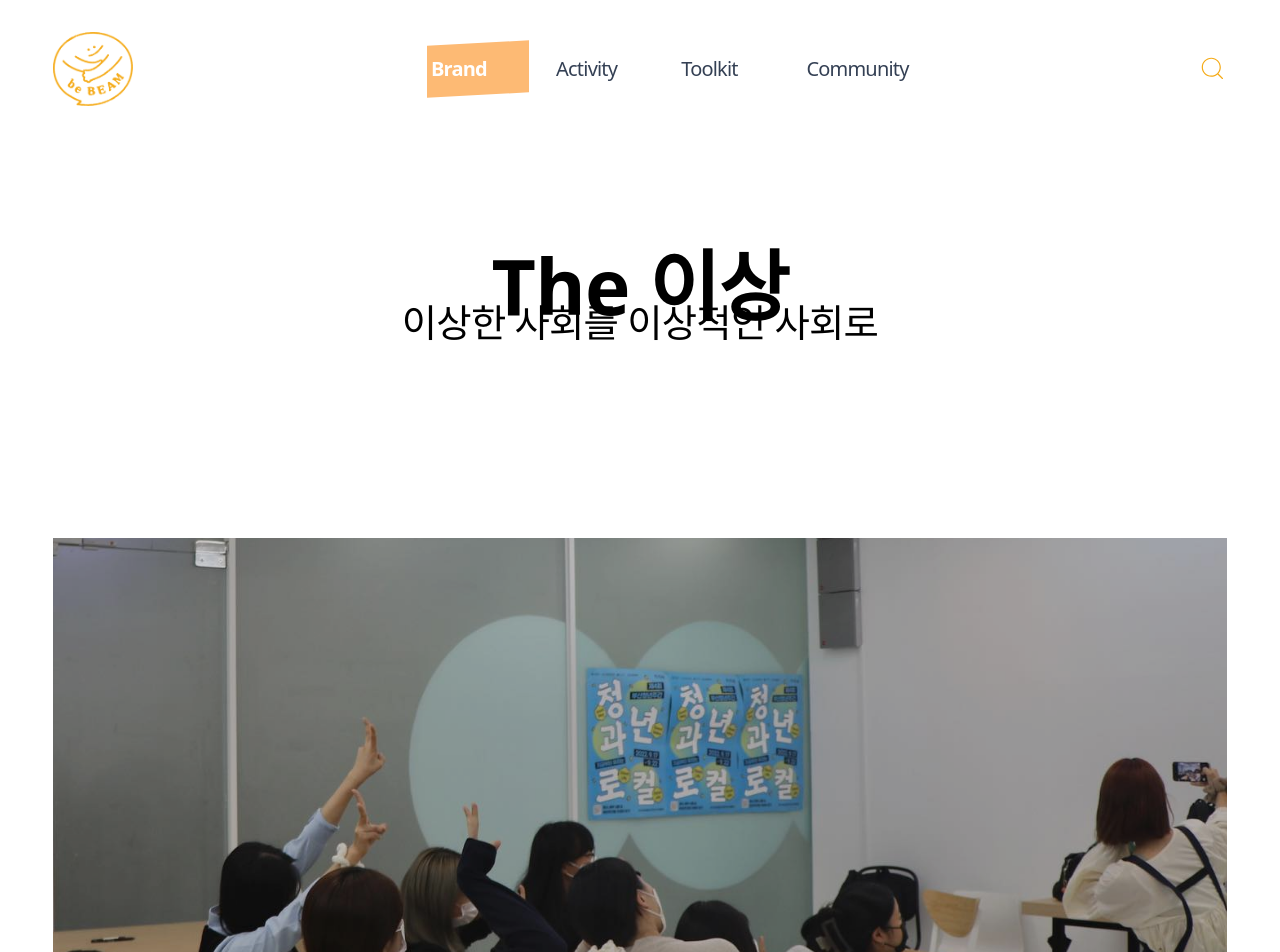
Repository: The-i-sang/BE-BEAM
Page: / (app in front/)
These files come from the project's save history. The page is drawn as it stood at one moment and after the next save; the edit follows.
The browser window is 1280 px wide. The pictures show the part of the page from y = 0 to 952 px (the page is 4370 px tall).
Backgrounds fixed to the window are drawn as part of the page. The project was rebuilt for these pictures with package versions that can differ from the ones it lists, and the page was loaded fresh each time. Also part of the build but not shown: front/src/page/NotFoundPage.jsx, front/src/component/NextArrow.jsx, front/src/component/PrevArrow.jsx, front/src/component/DetailSlider.jsx, front/src/page/Detail.jsx, front/src/component/ToolkitCard.jsx, front/src/component/SlideToolkitCard.jsx, front/src/component/BestToolkitSlider.jsx and 6 more. Imported but missing from the stored project, and not drawn on this page: front/src/config.

Above is the page before, as saved 2023-10-13 01:22:44.

### front/src/index.css
@tailwind base;
@tailwind components;
@tailwind utilities;

/* body {
  margin: 0;
  font-family: -apple-system, BlinkMacSystemFont, "Segoe UI", "Roboto", "Oxygen",
    "Ubuntu", "Cantarell", "Fira Sans", "Droid Sans", "Helvetica Neue",
    sans-serif;
  -webkit-font-smoothing: antialiased;
  -moz-osx-font-smoothing: grayscale;
} */

body {
  margin: 0;
  font-family: "Pretendard-Regular";
}

code {
  font-family: source-code-pro, Menlo, Monaco, Consolas, "Courier New",
    monospace;
}

@font-face {
  font-family: "Pretendard-Regular";
  src: url("https://cdn.jsdelivr.net/gh/Project-Noonnu/noonfonts_2107@1.1/Pretendard-Regular.woff")
    format("woff");
  font-weight: 400;
  font-style: normal;
}

.my-custom-bg-class {
  background-image: url("./assets/2.png");
}

.my-custom-bg-class2 {
  background-image: url("./assets/2.png");
}

.text-stroke {
  text-shadow: -1px -1px 0 #f5aa15, 1px -1px 0 #f5aa15, -1px 1px 0 #f5aa15,
    1px 1px 0 #f5aa15;
}

.dots_custom {
  display: inline-block;
  vertical-align: middle;
  margin: auto 0;
  padding: 0;
}

.dots_custom li {
  list-style: none;
  cursor: pointer;
  display: inline-block;
  padding: 0;
}

.dots_custom li button {
  border: none;
  background: #d1d1d1;
  color: transparent;
  cursor: pointer;
  display: block;
  height: 2px;
  width: 10rem;
  border-radius: 100%;
  padding: 0;
}

@media (max-width: 1413px) {
  .dots_custom li button {
    border: none;
    background: #d1d1d1;
    color: transparent;
    cursor: pointer;
    display: block;
    height: 2px;
    width: 8rem;
    border-radius: 100%;
    padding: 0;
  }
}

@media (max-width: 1279px) {
  .dots_custom li button {
    border: none;
    background: #d1d1d1;
    color: transparent;
    cursor: pointer;
    display: block;
    height: 2px;
    width: 7rem;
    border-radius: 100%;
    padding: 0;
  }
}

@media (max-width: 1023px) {
  .dots_custom li button {
    border: none;
    background: #d1d1d1;
    color: transparent;
    cursor: pointer;
    display: block;
    height: 2px;
    width: 5rem;
    border-radius: 100%;
    padding: 0;
  }
}

@media (max-width: 767px) {
  .dots_custom li button {
    border: none;
    background: #d1d1d1;
    color: transparent;
    cursor: pointer;
    display: block;
    height: 2px;
    width: 4rem;
    border-radius: 100%;
    padding: 0;
  }
}

.dots_custom li.slick-active button {
  background-color: #282828;
}

### front/src/App.js
import { RouterProvider, createBrowserRouter } from "react-router-dom";
import NotFoundPage from "./page/NotFoundPage";
import Main from "./page/Main";
import Detail from "./page/Detail";
import Root from "./page/Root";
import Toolkit from "./page/Toolkit";
import Search from "./page/Search";
import Activity from "./component/Activity";
import ActivityDetail from "./component/ActivityDetail";
import Community from "./page/Community";

function App() {
  const router = createBrowserRouter([
    {
      path: "/",
      element: <Root />,
      errorElement: <NotFoundPage />,
      children: [
        { index: true, element: <Main /> },
        {
          path: "/activity",
          element: <Activity />,
        },
        {
          path: "/activity/detail/:id",
          element: <ActivityDetail />,
        },
        { path: "/search", element: <Search /> },
        {
          path: "/toolkit",
          element: <Toolkit />,
        },
        {
          path: "/toolkit/detail/:id",
          element: <Detail />,
        },
        { path: "*", element: <NotFoundPage /> },
        {
          path: "/community",
          element: <Community />,
        },
      ],
    },
  ]);
  return <RouterProvider router={router} />;
}

export default App;

### front/src/page/Main.jsx
import { useEffect, useState } from "react";
import img2 from "../assets/2.png";
import img3 from "../assets/3.png";
import img4 from "../assets/4.png";
import img5 from "../assets/5.png";

export default function Main() {
  const [scrollHeight, setScrollHeight] = useState(0);

  function onScroll() {
    setScrollHeight(window.scrollY);
  }
  useEffect(() => {
    window.addEventListener("scroll", onScroll);
    return () => {
      window.removeEventListener("scroll", onScroll);
    };
  }, []);
  console.log(scrollHeight);

  return (
    <div className="w-full mx-auto mt-4">
      <div className="w-full relative">
        <div
          className={`${
            scrollHeight > 100
              ? "absolute top-[22rem] text-white"
              : "absolute top-0"
          } w-full h-[300px] text-center transition-all duration-1000 z-[9999] flex flex-col justify-center items-center leading-`}
        >
          <h1 className="text-[4.8rem] font-extrabold">The 이상</h1>
          <p className="text-[2.4rem] mt-2">이상한 사회를 이상적인 사회로</p>
        </div>

        <div
          className={`${
            scrollHeight > 100 ? "w-full top-40" : "w-11/12 top-96"
          } mx-auto h-[720px] my-custom-bg-class bg-cover bg-fixed bg-no-repeat bg-[center_bottom_0] text-white relative transition-all duration-700`}
        >
          <div className="w-full h-full bg-black opacity-20 absolute top-0 left-0" />
        </div>
      </div>

      <div className="w-full mx-auto mt-40">
        <div className="w-11/12 mx-auto pt-32">
          <h2 className="mb-20 text-[3rem] text-[#282828] font-semibold text-center">
            이상한 사회를{" "}
            <span className="text-[#ffffff] text-stroke">이상적인 사회</span>로
          </h2>

          <div className="w-full mb-32 flex items-center group text-[#282828] text-center">
            <img
              className="w-6/12 h-[580px] object-cover"
              src={img5}
              alt="intro_img"
            />

            <div className="w-6/12 p-14 box-border flex flex-col items-start">
              <p className="mt-[48px] text-[1.125rem] font-medium">
                What does it mean?
              </p>
              <h1 className="mb-20 text-[2.625rem] font-semibold">
                The 이상이 <span className="text-white text-stroke">의미</span>
                하는 것은?
              </h1>
              <p className="text-[1rem] text-left leading-7">
                💡 안녕하세요! 부산에서 청년 커뮤니티를 기획운영하고 있는
                BE:BEAM입니다. BE:BEAM(비빔)은 비빔밥의 재료처럼 다양한 청년들이
                모여, 빛줄기(BEAM)처럼 따뜻한 연결망을 이어나간다는 의미가
                있습니다. 2022년 소셜다이닝을 시작으로 여러 활동을 준비하고
                진행하고 있습니다. 또 저희는 커뮤니티를 기획운영하는 것에서
                그치지 않고, 누구나 사회참여활동을 시작하실 수 있도록 그 문턱을
                낮추는 활동도 함께 진행하고 있습니다. 많은 관심 부탁드립니다:)
              </p>
            </div>
          </div>

          <div className="w-full mb-32 flex items-center group text-[#282828] text-center">
            <div className="w-6/12 p-14 box-border flex flex-col items-start">
              <p className="mt-[48px] text-[1.125rem] font-medium">
                What is the vision of this?
              </p>
              <h1 className="mb-20 text-[2.625rem] font-semibold">
                The 이상의 <span className="text-white text-stroke">비전</span>
                은?
              </h1>
              <p className="text-[1rem] text-left leading-7">
                💡 오늘날의 청년들은 일상에서 다양한 문제들과 마주하며 살아가고
                있지만 함께 이야기하고, 공감하고, 고민할 자리는 점점 사라지고
                있습니다. 이러한 기회의 부족은 청년들을 외롭게하고, 고립이라는
                사회적문제를 발생시킵니다. 따라서 BE:BEAM은 청년들이 느슨하지만
                따뜻한 연결을 경험하는 기회를 제공하고자 합니다.
              </p>
              <p className="mt-6 text-[1rem] text-left leading-7">
                1. BE:BEAM은 취향, 취미를 기반으로 한 오프라인 모임을 통해서
                가벼우면서도 안정적인 일상의 느슨한 연결망을 만드는 활동을
                원칙으로 합니다.
              </p>
              <p className="text-[1rem] text-left leading-7">
                2. BE:BEAM의 커뮤니티는 누구나 참여 가능할 수 있도록, 누구나
                운영할 수 있도록 지원하는 것을 원칙으로 합니다.
              </p>
            </div>

            <img
              className="w-6/12 h-[580px] object-cover"
              src={img4}
              alt="intro_img"
            />
          </div>

          <div className="w-full mb-32 flex items-center group text-[#282828] text-center">
            <img
              className="w-6/12 h-[580px] object-cover"
              src={img2}
              alt="intro_img"
            />

            <div className="w-6/12 p-14 box-border flex flex-col items-start">
              <p className="mt-[48px] text-[1.125rem] font-medium">
                What is the purpose?
              </p>
              <h1 className="mb-20 text-[2.625rem] font-semibold">
                The 이상의 <span className="text-white text-stroke">목적</span>
                은?
              </h1>
              <p className="text-[1rem] text-left leading-7">
                💡 사회문제를 연구하고 부산지역 청년들의 사회참여를 기반으로{" "}
                사회문제 해결을 목표로 하며 사회문제 해결을 통해 이상적인 사회
                실현을 목적으로 합니다.
              </p>
            </div>
          </div>

          <div className="w-full mb-32 flex items-center group text-[#282828] text-center">
            <div className="w-6/12 p-14 box-border flex flex-col items-start">
              <p className="mt-[48px] text-[1.125rem] font-medium">
                What is the core value of this?
              </p>
              <h1 className="mb-10 text-[2.625rem] font-semibold">
                The 이상의 <span className="text-white text-stroke">가치</span>
                는?
              </h1>
              <ul className="text-[0.86rem] text-left leading-7">
                <li className="mb-4">
                  <span className="text-[1rem] text-[#f5aa15]">
                    연결망 (SOCIAL NETWORK)
                  </span>{" "}
                  :
                  <br />
                  사람과 사람간, 지역과 사람간 느슨한 연결망을 만드는 활동을
                  진행합니다.
                </li>
                <li className="mb-4">
                  <span className="text-[1rem] text-[#f5aa15]">
                    청년 (YOUTH)
                  </span>{" "}
                  :
                  <br />
                  청년의 주체성 있는 사회참여활동을 기반으로 합니다.
                </li>
                <li className="mb-4">
                  <span className="text-[1rem] text-[#f5aa15]">
                    행동 (ACTION)
                  </span>{" "}
                  :
                  <br />
                  주체성이 담긴 행동을 통해서 사회 구성원의 인식 및 행동의
                  변화를 이끌어냅니다.
                </li>
                <li className="mb-4">
                  <span className="text-[1rem] text-[#f5aa15]">
                    공감 (SYMPATHY)
                  </span>{" "}
                  :
                  <br />
                  사회 구성원에 대한 공감대를 기반으로 서로에게 즐겁고, 따뜻한
                  활동을 진행합니다.
                </li>
                <li className="mb-4">
                  <span className="text-[1rem] text-[#f5aa15]">
                    안정 (STABILITY)
                  </span>{" "}
                  :
                  <br />
                  서로를 존중하고 배려하여 서로에게 안정감을 줄 수 있는 활동을
                  진행합니다.
                </li>
                <li className="mb-4">
                  <span className="text-[1rem] text-[#f5aa15]">
                    의사소통 (communication)
                  </span>{" "}
                  :
                  <br />
                  서로의 이야기를 경청하고, 존중하는 대화를 통해 활동을
                  진행합니다.
                </li>
              </ul>
            </div>

            <img
              className="w-6/12 h-[580px] object-cover"
              src={img3}
              alt="intro_img"
            />
          </div>
        </div>
      </div>
    </div>
  );
}

### front/src/page/Root.jsx
import React from "react";
import Navbar from "../component/Navbar";
import { Outlet } from "react-router-dom";
import Footer from "../component/Footer";
import { QueryClient, QueryClientProvider } from "@tanstack/react-query";
import { ScrollRestoration } from "react-router-dom";

export default function Root() {
  const queryClient = new QueryClient();

  return (
    <div className="font-sans font-medium tracking-tighter whitespace-pre-wrap leading-7">
      <ScrollRestoration />
      <Navbar />
      <QueryClientProvider client={queryClient}>
        <Outlet />
      </QueryClientProvider>
      <Footer />
    </div>
  );
}

### front/src/component/Navbar.jsx
import React from "react";
import { useLocation, useNavigate } from "react-router-dom";
import { CiSearch } from "react-icons/ci";
import Menu from "./Menu";

export default function Navbar() {
  const navigate = useNavigate();
  const path = useLocation().pathname;

  // const [scrollHeight, setScrollHeight] = useState(0);

  // function onScroll() {
  //   setScrollHeight(window.scrollY);
  // }
  // useEffect(() => {
  //   window.addEventListener("scroll", onScroll);
  //   return () => {
  //     window.removeEventListener("scroll", onScroll);
  //   };
  // }, []);

  return (
    <div className="w-full">
      <div className="w-11/12 mx-auto">
        <div className="w-full py-8 flex justify-between items-center">
          <div
            className="lg:w-[80px] md:w-[13%] sm:w-[15%] w-[20%]"
            onClick={() => {
              navigate("/");
            }}
          >
            <img
              className="w-full object-cover mx-auto cursor-pointer"
              src={process.env.PUBLIC_URL + "/logo/logo2.png"}
              alt="logo"
            />
          </div>

          <Menu path={path} />

          <button
            type="button"
            className="text-[1.8rem] text-[#f5aa15] cursor-pointer"
            onClick={() => {
              navigate("/search");
            }}
          >
            <CiSearch />
          </button>
        </div>
      </div>
    </div>
  );
}

### front/src/component/Footer.jsx
import React from "react";

export default function Footer() {
  return (
    <div className="w-full bg-[#ffffff]">
      <div className="w-11/12 mx-auto py-10 box-border border-t-[1px] border-solid border-[#f5aa15] flex sm:flex-row flex-col items-center">
        <img
          className="w-[21%] lg:w-[80px] sm:w-[14%] h-full object-cover"
          src={process.env.PUBLIC_URL + "/logo/logo2.png"}
          alt="logo"
        />
        <div className="w-11/12 text-[#f5aa15] text-[1.1rem] text-center">
          <p>Copyright ⓒ 2023 beBeam. All Rights Reserved.</p>
        </div>
      </div>
    </div>
  );
}

### front/src/component/Menu.jsx
import React from "react";
import { useNavigate } from "react-router-dom";

export default function Menu({ path }) {
  const navigate = useNavigate();
  console.log(path);

  return (
    <ul className="w-[40%] flex justify-between text-[#344054] text-[20px]">
      <li
        onClick={() => {
          navigate("/");
        }}
        className={`${
          path === "/"
            ? "text-white font-semibold before:opacity-100"
            : "before:opacity-0"
        } w-1/5 py-2 before:absolute before:-inset-1 before:-skew-y-3 before:bg-orange-300 hover:before:opacity-100 relative inline-block cursor-pointer hover:font-semibold hover:text-white transition-all duration-700 before:transition-all before:duration-700`}
      >
        <span className={`${path === "/" ? "" : ""} relative`}>Brand</span>
      </li>
      <li
        onClick={() => {
          navigate("/activity");
        }}
        className={`${
          path === "/activity"
            ? "text-white font-semibold before:opacity-100"
            : "before:opacity-0"
        } w-1/5 py-2 before:absolute before:-inset-1 before:-skew-y-3 before:bg-orange-300 hover:before:opacity-100 relative inline-block cursor-pointer hover:font-semibold hover:text-white transition-all duration-700 before:transition-all before:duration-700`}
      >
        <span className={`${path === "/activity" ? "" : ""} relative`}>
          Activity
        </span>
      </li>
      <li
        onClick={() => {
          navigate("/toolkit");
        }}
        className={`${
          path === "/toolkit"
            ? "text-white font-semibold before:opacity-100"
            : "before:opacity-0"
        } w-1/5 py-2 before:absolute before:-inset-1 before:-skew-y-3 before:bg-orange-300 hover:before:opacity-100 relative inline-block cursor-pointer hover:font-semibold hover:text-white transition-all duration-700 before:transition-all before:duration-700`}
      >
        <span className={`${path === "/toolkit" ? "" : ""} relative`}>
          Toolkit
        </span>
      </li>

      <li
        onClick={() => {
          navigate("/community");
        }}
        className={`${
          path === "/community"
            ? "text-white font-semibold before:opacity-100"
            : "before:opacity-0"
        } w-1/5 py-2 before:absolute before:-inset-1 before:-skew-y-3 before:bg-orange-300 hover:before:opacity-100 relative inline-block cursor-pointer hover:font-semibold hover:text-white transition-all duration-700 before:transition-all before:duration-700`}
      >
        <span className={`${path === "/community" ? "" : ""} relative`}>
          Community
        </span>
      </li>
    </ul>
  );
}

### front/tailwind.config.js
/** @type {import('tailwindcss').Config} */
module.exports = {
  content: ["./src/**/*.{js,jsx}"],
  theme: {
    extend: {},
  },
  corePlugins: {
    aspectRatio: true,
  },
};

Loaded but not shown: front/public/index.html (common file); front/src/index.js (common file); front/src/reportWebVitals.js (common file)

After the next save:
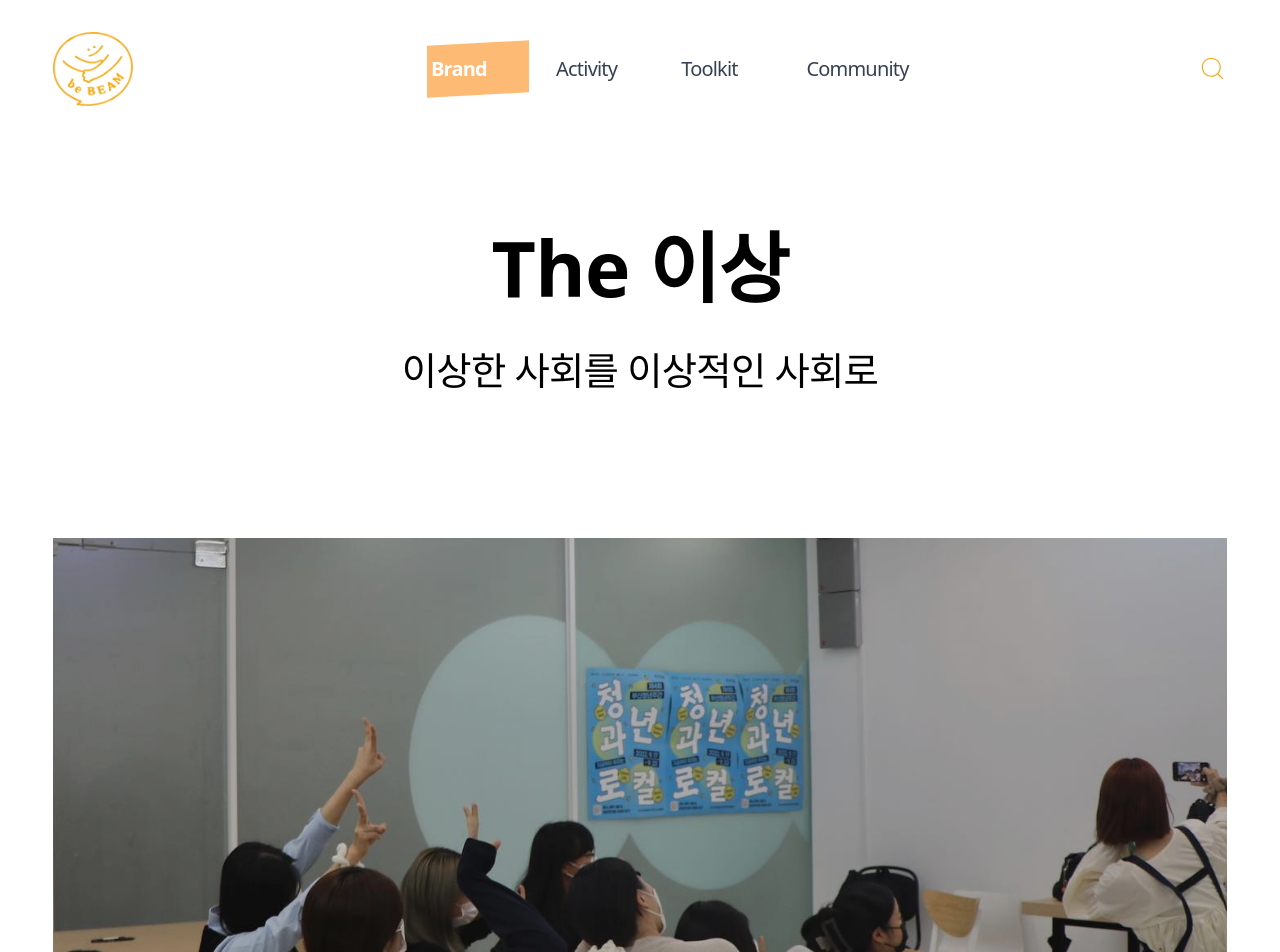
Saved 9 s later.
--- a/front/src/page/Main.jsx
+++ b/front/src/page/Main.jsx
@@ -26,7 +26,7 @@
             scrollHeight > 100
               ? "absolute top-[22rem] text-white"
               : "absolute top-0"
-          } w-full h-[300px] text-center transition-all duration-1000 z-[9999] flex flex-col justify-center items-center leading-`}
+          } w-full h-[300px] text-center transition-all duration-1000 z-[9999] flex flex-col justify-center items-center leading-relaxed`}
         >
           <h1 className="text-[4.8rem] font-extrabold">The 이상</h1>
           <p className="text-[2.4rem] mt-2">이상한 사회를 이상적인 사회로</p>

After the save that followed:
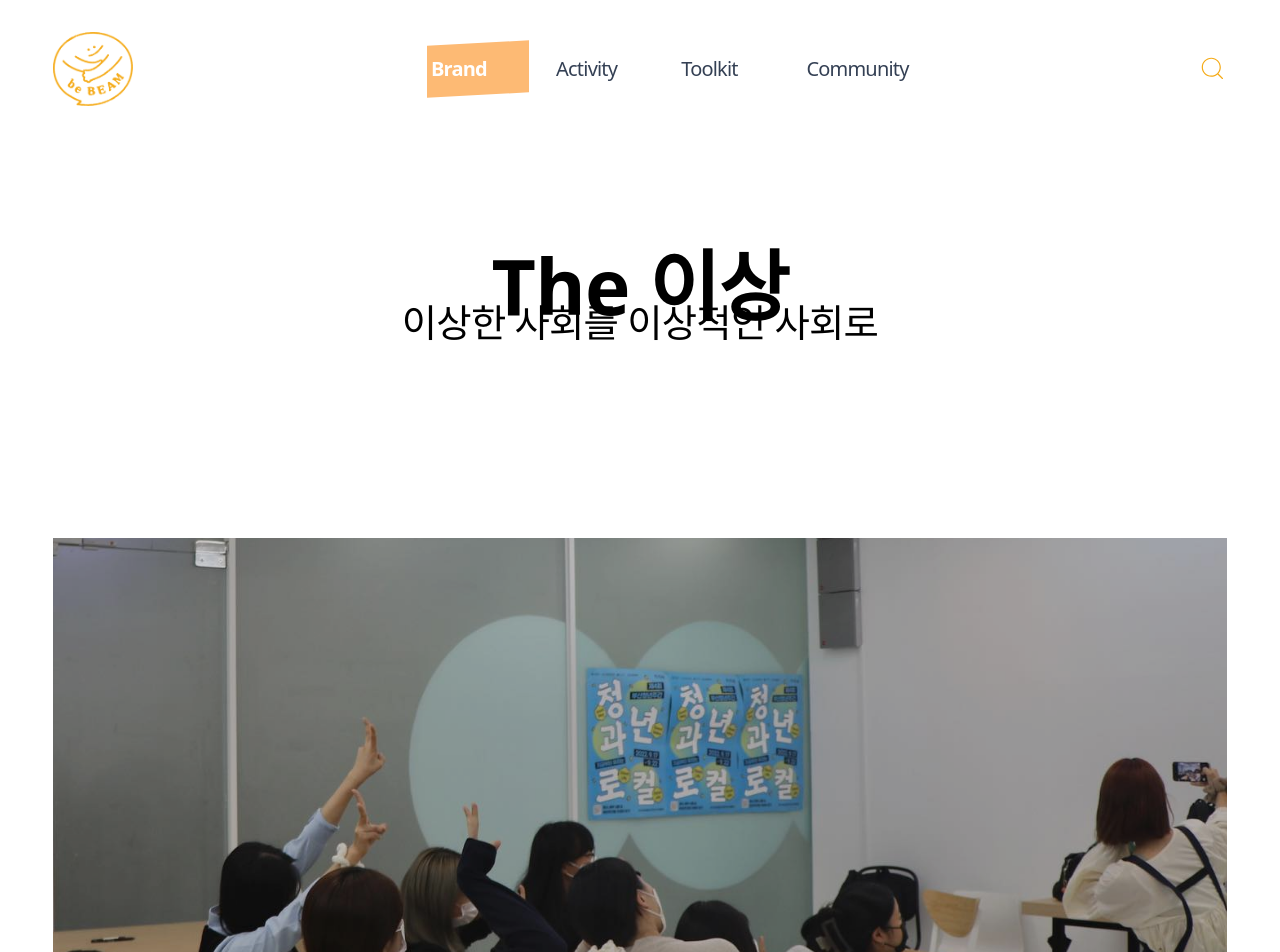
Saved 14 s later.
--- a/front/src/page/Main.jsx
+++ b/front/src/page/Main.jsx
@@ -26,7 +26,7 @@
             scrollHeight > 100
               ? "absolute top-[22rem] text-white"
               : "absolute top-0"
-          } w-full h-[300px] text-center transition-all duration-1000 z-[9999] flex flex-col justify-center items-center leading-relaxed`}
+          } w-full h-[300px] text-center transition-all duration-1000 z-[9999] flex flex-col justify-center items-center leading-`}
         >
           <h1 className="text-[4.8rem] font-extrabold">The 이상</h1>
           <p className="text-[2.4rem] mt-2">이상한 사회를 이상적인 사회로</p>
